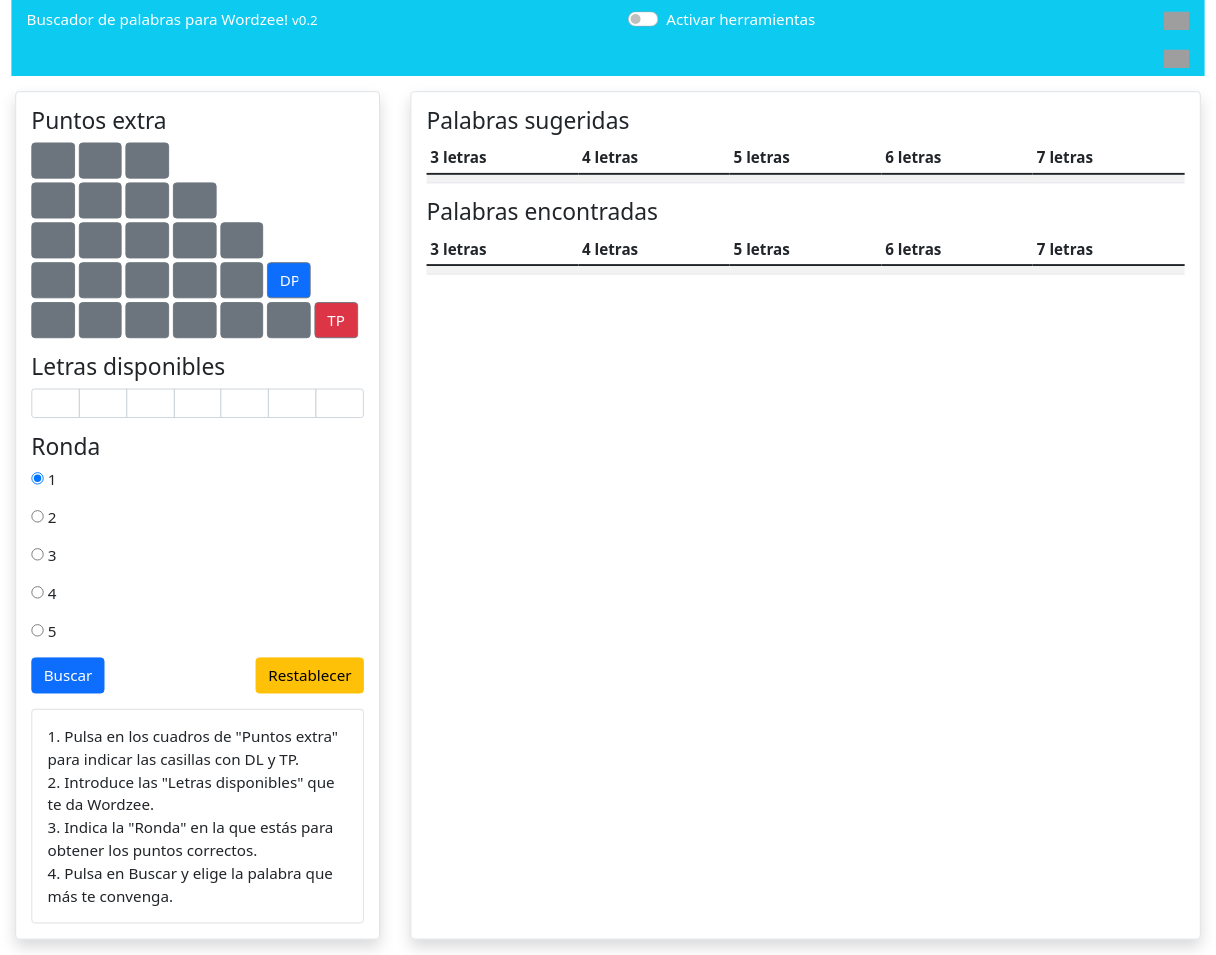
Repository: angelcafe/wordzee-bp_javascript
Page: index.html
The author's editor kept a copy of each file at every save. The page is drawn from the files as they stood at one save, then again after the next save.
The browser window is 1280 px wide. The pictures show the whole page, at 95% of full size.
Pictures or frames that could not be fetched are drawn as grey boxes.

Above is the page before, as saved 2021-10-22 22:16:06.

After the next save:
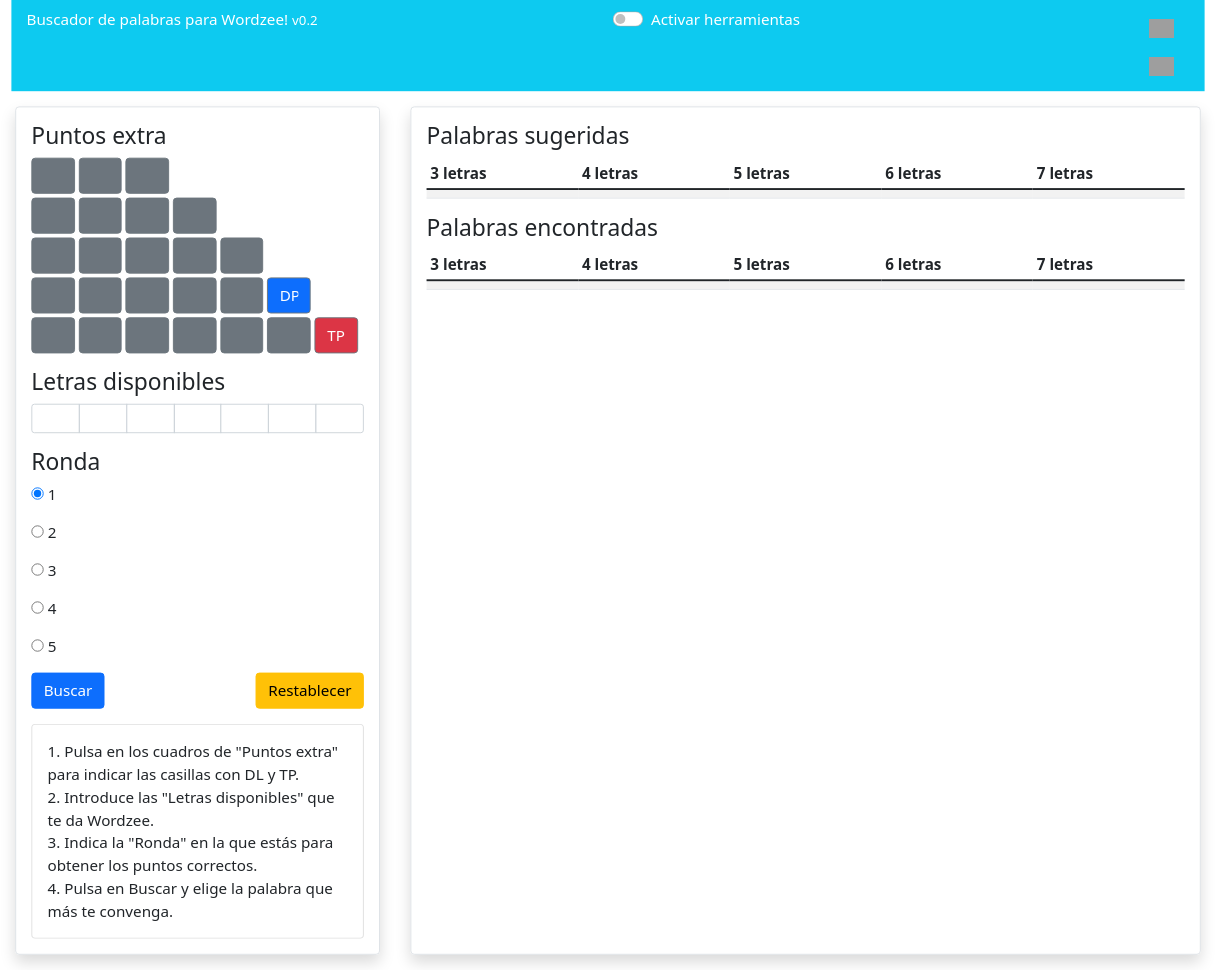
Saved 16 s later.
--- a/index.html
+++ b/index.html
@@ -29,7 +29,7 @@
                 </div>
             </li>
             <li class="nav-item">
-                <span>
+                <span class="nav-link">
                     <a class="nav-link" href="https://www.facebook.com/BuscaPalabras-para-Wordzee-106324508497974" target="_blank"><img src="https://upload.wikimedia.org/wikipedia/commons/5/51/Facebook_f_logo_%282019%29.svg" height="20"></a>
                     <a class="nav-link" href="https://t.me/buscadorwordzee" target="_blank"><img src="https://upload.wikimedia.org/wikipedia/commons/thumb/8/83/Telegram_2019_Logo.svg/2048px-Telegram_2019_Logo.svg.png" height="20"></a>
                 </span>
